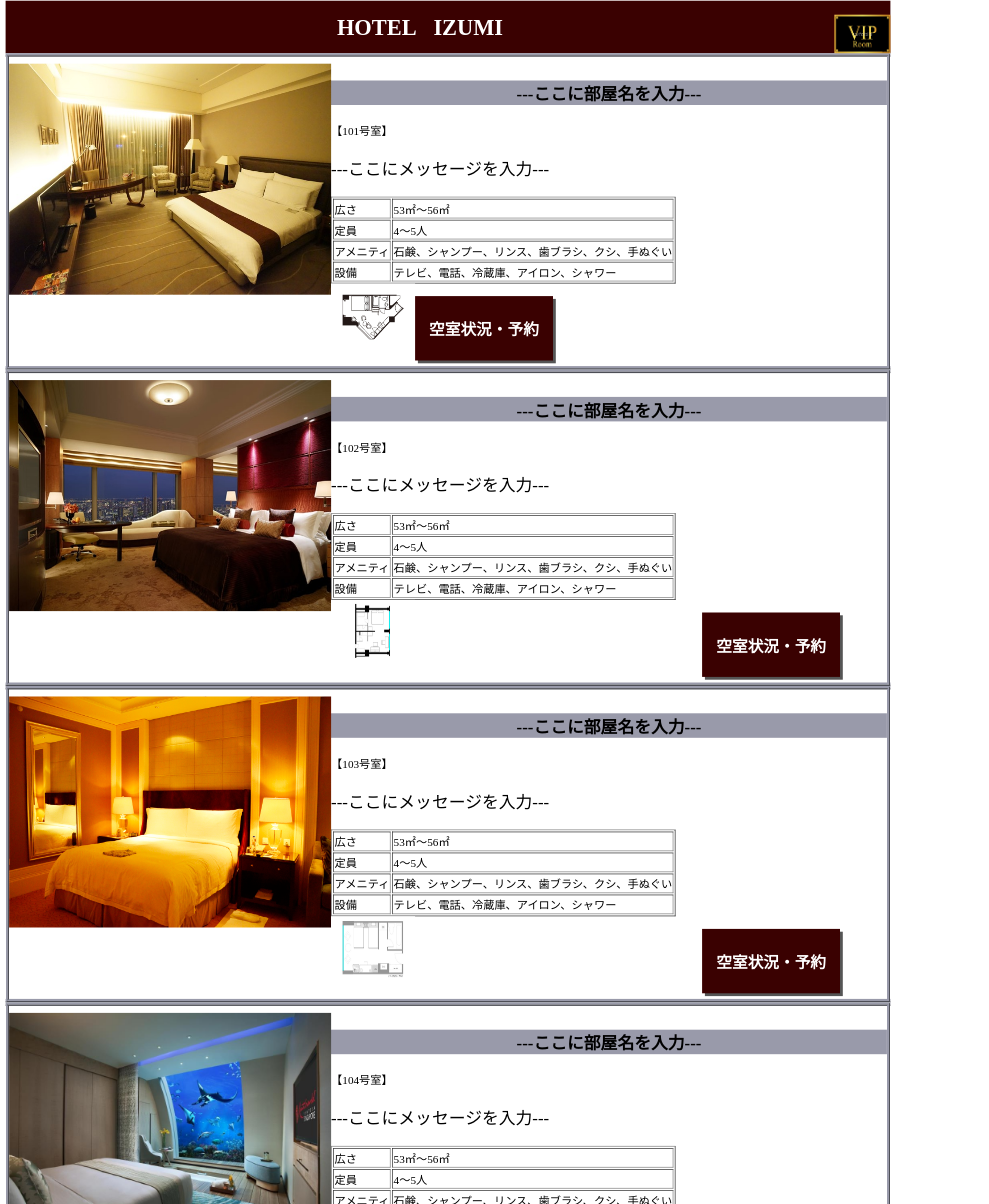
Repository: sep-dev/hotel_site
Page: http://localhost/HOTEL_IZUMI/vip
An editor plug-in stored every save of this project. The page is shown before and after the next save, followed by the edit.
The browser window is 1280 px wide. The page is 1413 px wide, so the pictures cover 1413 px, including what lies to the right of the window. The pictures show the part of the page from y = 0 to 1720 px (the page is 2458 px tall before and 2478 px after), at 70% of full size.
The page is served by Tomcat 9. Other server files are loaded and not shown.

Above is the page before, as saved 2016-05-26 00:38:27.

### HOTEL_IZUMI/src/main/webapp/WEB-INF/views/vip.jsp
<!DOCTYPE html>
<%@ page language="java" contentType="text/html; charset=UTF-8" pageEncoding="UTF-8"%>
<html>

<head>
<meta http-equiv="Content-type" content="text/html; charset=Shift_JIS">
<!-- <link href="<c:url value='/resources/css/style.css' />" rel="stylesheet">
<link rel="stylesheet" href="${pageContext.request.contextPath}/css/style.css"> -->
<style type="text/css"><%@include file="../css/style.css" %></style>
<title>VIPルーム</title>
</head>

<body>
<form>


<div id="header">
      <div id="header h1"><h1><a HREF="http://localhost:8080/Izumi/top" STYLE="text-decoration:none"><font color="#FFFFFF">HOTEL&nbsp;&nbsp;&nbsp;IZUMI</font></a><img id="img" src="./resources/image/vip.jpg" width="80" height="55" align="right"></h1></div>
    </div>




<div id="oneset">
<img src="./resources/image/vip1.jpg" width="460" height="330" align="left">
    <p id="name">---ここに部屋名を入力---</p>
        <p id="RoomNB">【101号室】</p>
        <p id="message">---ここにメッセージを入力---</p>
<table border="1">
<tr>
    <td>広さ</td>
    <td>53㎡～56㎡</td>
</tr>
<tr>
    <td>定員</td>
    <td>4～5人</td>
</tr>
<tr>
    <td>アメニティ</td>
    <td>石鹸、シャンプー、リンス、歯ブラシ、クシ、手ぬぐい</td>
</tr>
<tr>
    <td>設備</td>
    <td>テレビ、電話、冷蔵庫、アイロン、シャワー</td>
</tr>
</table>
<img id="img" src="./resources/image/vip1_1.jpg" width="120px" height="90px" align="left">
<br>
<button class="button2" type="submit" style="position: absolute; : 80px;">空室状況・予約</button>
<br clear="all">
<br>
</div>

<div id="oneset">
<img src="./resources/image/vip2.jpg" width="460" height="330" align="left">
    <p id="name">---ここに部屋名を入力---</p>
        <p id="RoomNB">【102号室】</p>
        <p id="message">---ここにメッセージを入力---</p>
<table border>
<tr>
    <td>広さ</td>
    <td>53㎡～56㎡</td>
</tr>
<tr>
    <td>定員</td>
    <td>4～5人</td>
</tr>
<tr>
    <td>アメニティ</td>
    <td>石鹸、シャンプー、リンス、歯ブラシ、クシ、手ぬぐい</td>
</tr>
<tr>
    <td>設備</td>
    <td>テレビ、電話、冷蔵庫、アイロン、シャワー</td>
</tr>
</table>
<img id="img" src="./resources/image/vip2_2.jpg" width="120px" height="90px" align="left">
<br>
<button class="button2" type="submit" style="position: absolute; right: 80px;">空室状況・予約</button>
<br clear="all">
<br>
</div>

<div id="oneset">
<img src="./resources/image/vip3.jpg" width="460" height="330" align="left">
    <p id="name">---ここに部屋名を入力---</p>
        <p id="RoomNB">【103号室】</p>
        <p id="message">---ここにメッセージを入力---</p>
<table border>
<tr>
    <td>広さ</td>
    <td>53㎡～56㎡</td>
</tr>
<tr>
    <td>定員</td>
    <td>4～5人</td>
</tr>
<tr>
    <td>アメニティ</td>
    <td>石鹸、シャンプー、リンス、歯ブラシ、クシ、手ぬぐい</td>
</tr>
<tr>
    <td>設備</td>
    <td>テレビ、電話、冷蔵庫、アイロン、シャワー</td>
</tr>
</table>
<img id="img" src="./resources/image/vip3_3.jpg" width="120px" height="90px" align="left">
<br>
<button class="button2" type="submit" style="position: absolute; right: 80px;">空室状況・予約</button>
<br clear="all">
<br>
</div>

<div id="oneset">
<img src="./resources/image/vip4.jpg" width="460" height="330" align="left">
    <p id="name">---ここに部屋名を入力---</p>
        <p id="RoomNB">【104号室】</p>
        <p id="message">---ここにメッセージを入力---</p>
<table border>
<tr>
    <td>広さ</td>
    <td>53㎡～56㎡</td>
</tr>
<tr>
    <td>定員</td>
    <td>4～5人</td>
</tr>
<tr>
    <td>アメニティ</td>
    <td>石鹸、シャンプー、リンス、歯ブラシ、クシ、手ぬぐい</td>
</tr>
<tr>
    <td>設備</td>
    <td>テレビ、電話、冷蔵庫、アイロン、シャワー</td>
</tr>
</table>
<img id="img" src="./resources/image/vip4_4.jpg" width="120px" height="90px" align="left">
<br>
<button class="button2" type="submit" style="position: absolute; right: 80px;">空室状況・予約</button>
<br clear="all">
<br>
</div>

<div id="oneset">
<img src="./resources/image/vip5.jpg" width="460" height="330" align="left">
    <p id="name">---ここに部屋名を入力---</p>
        <p id="RoomNB">【105号室】</p>
        <p id="message">---ここにメッセージを入力---</p>
<table border>
<tr>
    <td>広さ</td>
    <td>53㎡～56㎡</td>
</tr>
<tr>
    <td>定員</td>
    <td>4～5人</td>
</tr>
<tr>
    <td>アメニティ</td>
    <td>石鹸、シャンプー、リンス、歯ブラシ、クシ、手ぬぐい</td>
</tr>
<tr>
    <td>設備</td>
    <td>テレビ、電話、冷蔵庫、アイロン、シャワー</td>
</tr>
</table>
<img id="img" src="./resources/image/vip5_5.jpg" width="120px" height="90px" align="left">
<br>
<button class="button2" type="submit" style="position: absolute; right: 80px;">空室状況・予約</button>
<br clear="all">
<br>
</div>

<div id="footer">
    <p id="copyright">Copyright &copy;<a href="http://hotelizumi.com">hotelizumi</a> All Rights Reserved.</p>
</div>
</form>
</body>
</html>

### HOTEL_IZUMI/src/main/webapp/WEB-INF/views/common/header.jsp
<%@ taglib uri="http://java.sun.com/jsp/jstl/core" prefix="c" %>
<%@ taglib prefix="form" uri="http://www.springframework.org/tags/form"%>
<%@page language="java" contentType="text/html; charset=UTF-8" pageEncoding="UTF-8"%>
<%@ page contentType="text/html; charset=UTF-8"%>

### HOTEL_IZUMI/src/main/webapp/WEB-INF/css/style.css
html{
    margin: 0;
    margin-top:-20px;
    padding: 0;
    width:100%;
    height:100%;
}
.top{
	display:block;
	margin-left:auto;
	margin-right:auto;
}

#contents {
    top : 0px;
    padding : 10px;
    margin : 10px;
    text-align : center;
}

#contents img{
    padding-bottom:10px;
}

#contents button {
    font-size: 1.4em;
    font-weight: bold;
    padding: 10px 30px;
    background-color: #200;
    color: #ffffff;
    border-style: none;
}

#table{
    border:0;
    background-color:#CCCCCC;
    font-size:24px;
    color:#666666;
    width:200px;
}

#table3{
    border:0;
    background-color:#CCCCCC;
    font-size:24px;
    color:#666666;
    width:200px;
}

/*--------calender----------*/
#Sunday{
    text-align:center;
    width:200;
    height:40;
    background-color:#C7D8ED;
    color:#FF3300;
    padding:15px;
}
#MonFri{
    text-align:center;
    width:200;
    background-color:#C7D8ED;
    color:#666666;
    padding:15px;
}
#Saturday{
    text-align:center;
    width:200;
    background-color:#C7D8ED;
    color:#666666;
    padding:15px;
}
#Saturday2{
    text-align:center;
    width:200;
    background-color:#A6C0E1;
    color:#666666;
}
#Sunday2{
    text-align:center;
    height:40;
    background-color:#FFCC99;
    color:#666666;
}
#Weekday{
    text-align:center;
    background-color:#FFFFFF;
    color:#666666;
    width:200;
}
#publicholiday{
    text-align:center;
    background-color:#FF3300;
    color:#FFFFFF;
}
#table2 tr td{
    border:0;
    font-size:24px;
    color:#666666;
    width:400px;
}
#float{
    float:left;
}
/* --------------------------------------*/

#header {
    top: 0px;
    left: 0px;
    height: 75px;
    margin-right: auto;
    margin-left: auto;
    text-align : center;
    background-color : #3A0101;

}
#header h1{
    padding-top: 20px;
    font-family: 'Times New Roman', Times, serif;
 	color:#ffffff;
}


#top{
    font-size: 200%;
}

#oneset{
	padding-top: 10px;
	padding-bottom: 10px;

	border-width: thick;
	border-color: #999AAA;
	border-style: ridge;
}
#name
{
    text-align: center;
	font-size: 150%;
    font-family: 'Segoe UI', Tahoma, Geneva, Verdana, sans-serif;
    font-weight: bold;
    background-color: #999AAA;
    font-family: 'Times New Roman', Times, serif;

}
#message{
	color: #000000;
    padding-left: 300px;
	font-size: 150%;

	text-align: left; margin-left: 100px; margin-right: 0px; width: 1000px;
}


/*---------入力フォーム----------*/

#reservation{

    padding-top: 20px;
    margin-bottom:50px;
    font-family: 'Times New Roman', Times, serif;
 	color:#000000;
}

#form{
    margin-top:30px

}


button.button2 {
    float:right;
    font-size: 1.4em;
    font-weight: bold;
    padding: 30px 20px;
    background-color: #3A0101;
    color: #ffffff;
    border-style: none;
    font-family: 'Times New Roman', Times, serif;
    box-shadow:4px 4px #555;
}

/*
footer ------------------------------------------------------*/

#footer {
    margin-top:30px;
    border-top:2px solid #3A1010;
    padding-top:20px;
    padding-bottom:20px;
}

#footer p{
    text-align:center;
}
#footer p a{
    text-decoration: none;
}
#footborder hr{
    border-color:#3A1010;
    border-width:1px;
}

After the next save:
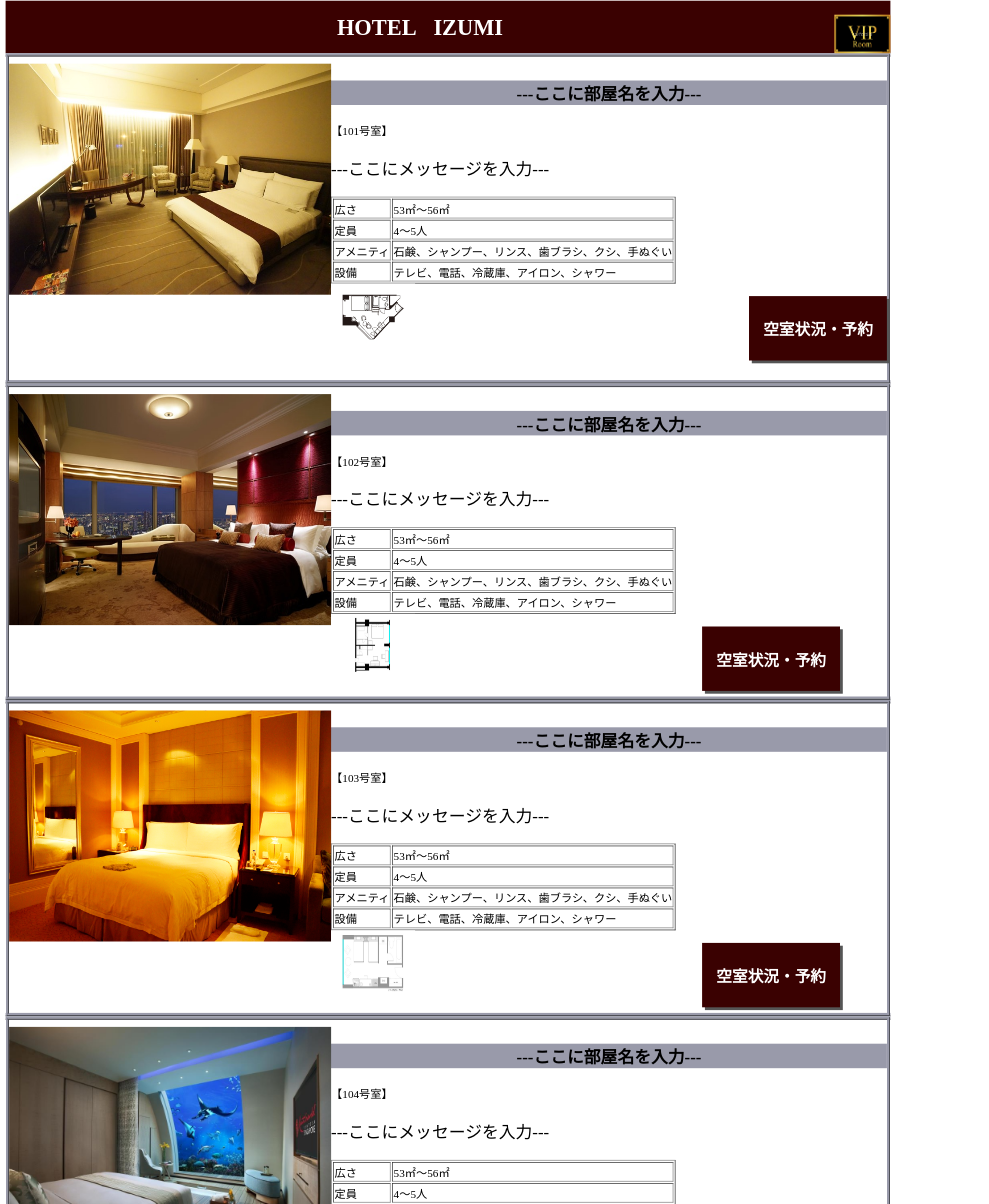
Saved 10 s later.
--- a/HOTEL_IZUMI/src/main/webapp/WEB-INF/views/vip.jsp
+++ b/HOTEL_IZUMI/src/main/webapp/WEB-INF/views/vip.jsp
@@ -46,7 +46,7 @@
 </table>
 <img id="img" src="./resources/image/vip1_1.jpg" width="120px" height="90px" align="left">
 <br>
-<button class="button2" type="submit" style="position: absolute; : 80px;">空室状況・予約</button>
+<button class="button2" type="submit" >空室状況・予約</button>
 <br clear="all">
 <br>
 </div>
